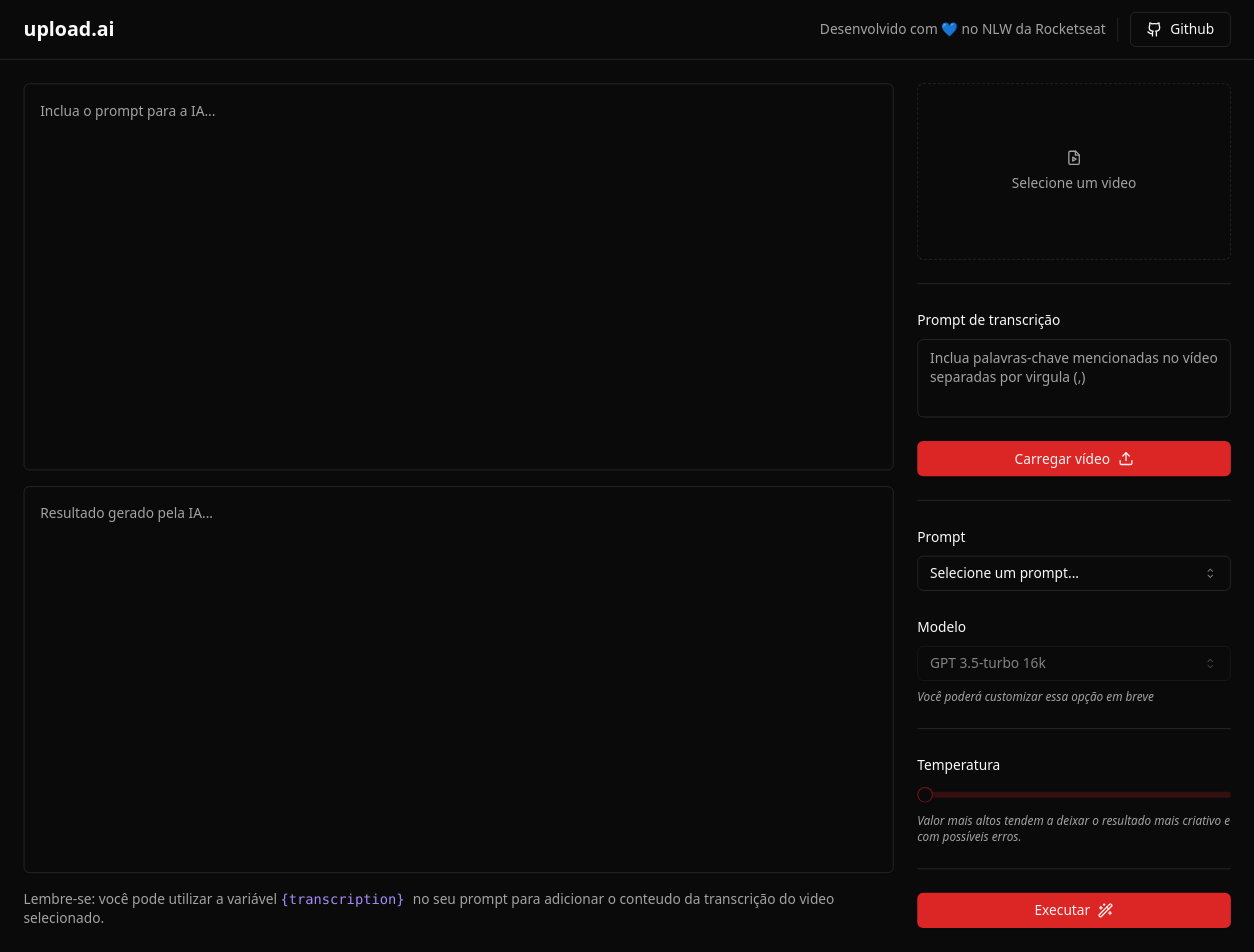
Repository: ricardolimati/upload-ai-web
Page: /
An editor plug-in stored every save of this project. The page is shown before and after a run of saves, followed by the edit.
The browser window is 1280 px wide. The pictures show the whole page, at 98% of full size.
The project was rebuilt for these pictures with package versions that can differ from the ones it lists, and the page was loaded fresh each time. Also part of the build but not shown: vite.config.ts.

Above is the page before, as saved 2023-09-17 23:36:32.

After the next 3 saves:
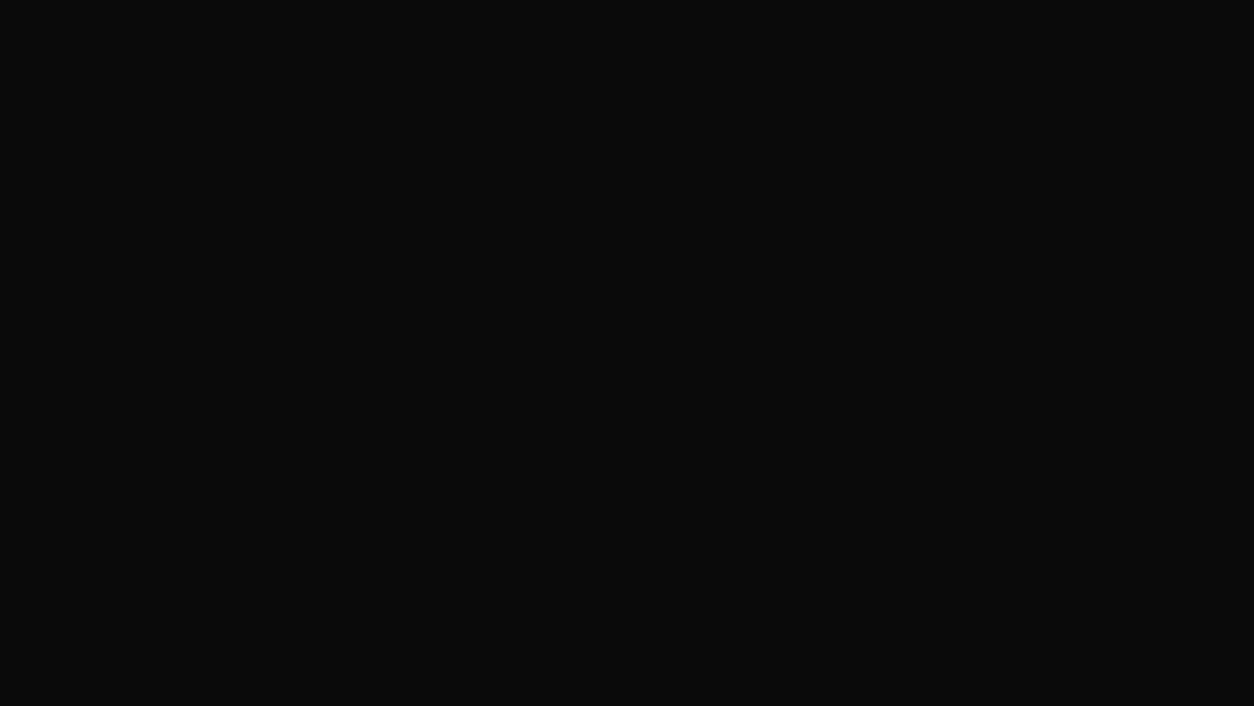
Console error: ReferenceError: handle is not defined
The 3 saves are shown as one change because they came seconds apart.
The last was saved 10 s later.
--- a/src/components/video-input-form.tsx
+++ b/src/components/video-input-form.tsx
@@ -19,7 +19,7 @@ export function VideoInputForm(){
       <FileVideo className="w-4 h-4" />
       Selecione um video
     </label>
-    <input type="file" id="video" accept="video/mp4" className="sr-only" oncChange/>
+    <input type="file" id="video" accept="video/mp4" className="sr-only" oncChange={handle}/>
     <Separator />
     <div className="space-y-2">
       <Label htmlFor="transcription_prompt">Prompt de transcrição</Label>

After the save that followed:
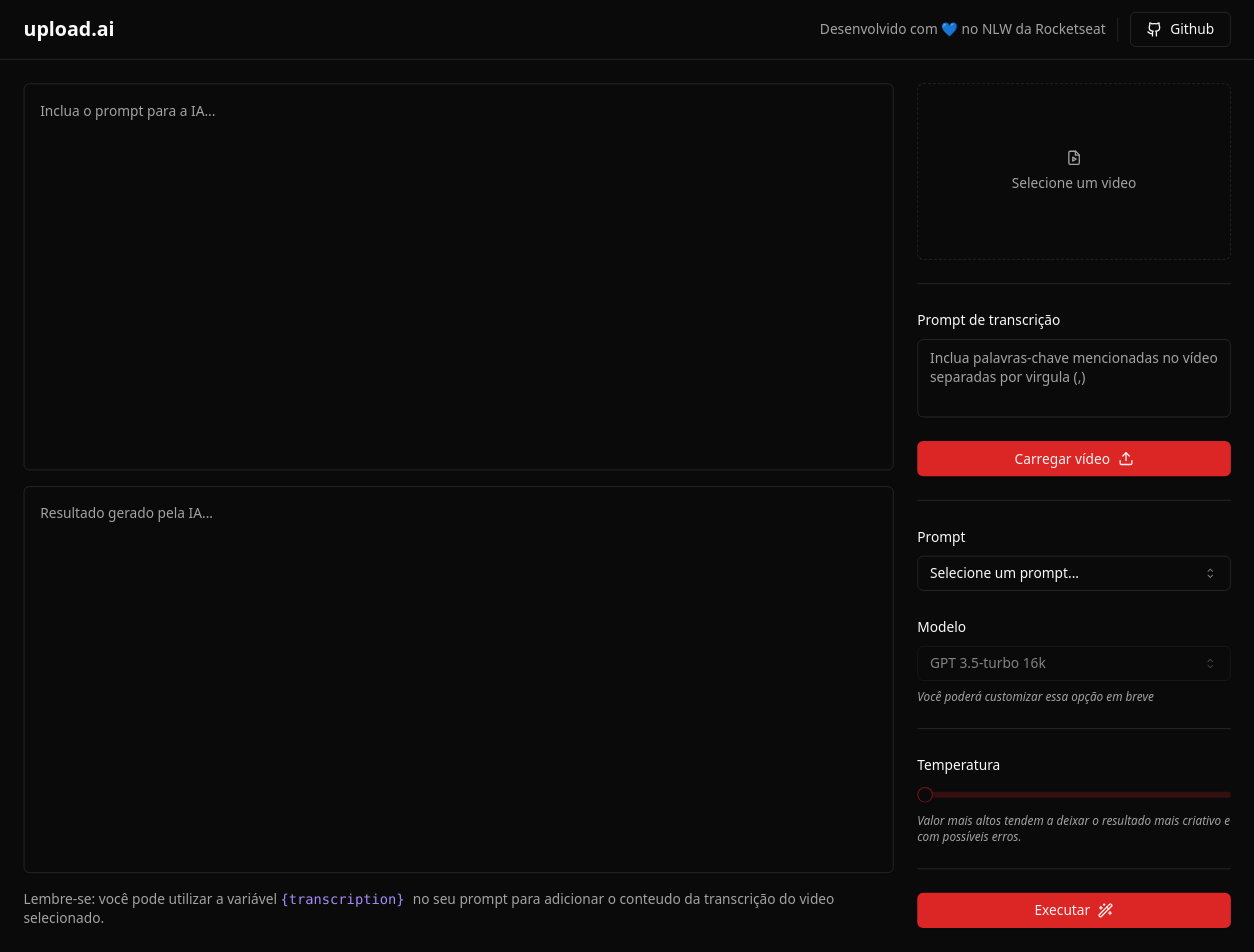
The error is gone.
Saved 5 s later.
--- a/src/components/video-input-form.tsx
+++ b/src/components/video-input-form.tsx
@@ -19,7 +19,7 @@ export function VideoInputForm(){
       <FileVideo className="w-4 h-4" />
       Selecione um video
     </label>
-    <input type="file" id="video" accept="video/mp4" className="sr-only" oncChange={handle}/>
+    <input type="file" id="video" accept="video/mp4" className="sr-only" oncChange={handleFileSelected}/>
     <Separator />
     <div className="space-y-2">
       <Label htmlFor="transcription_prompt">Prompt de transcrição</Label>
